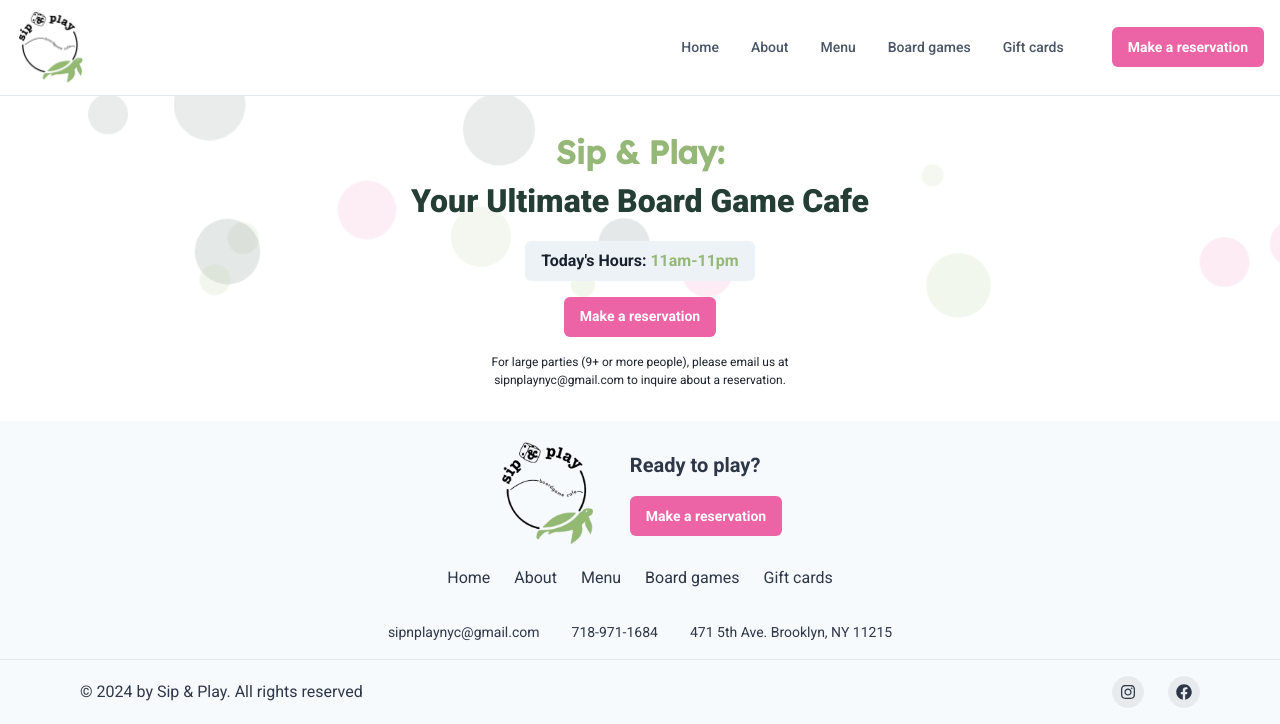
Repository: natespinetti/codedexsummerhackathon
Page: /
The author's editor kept a copy of each file at every save. The page is drawn from the files as they stood at one save, then again after the next save.
The browser window is 1280 px wide. The pictures show the whole page.
The project was rebuilt for these pictures with package versions that can differ from the ones it lists, and the page was loaded fresh each time. The framework's server and built-in components were replaced by stand-ins that run in the browser. Also part of the build but not shown: next.config.mjs.

Above is the page before, as saved 2024-07-11 16:06:11.

After the next save:
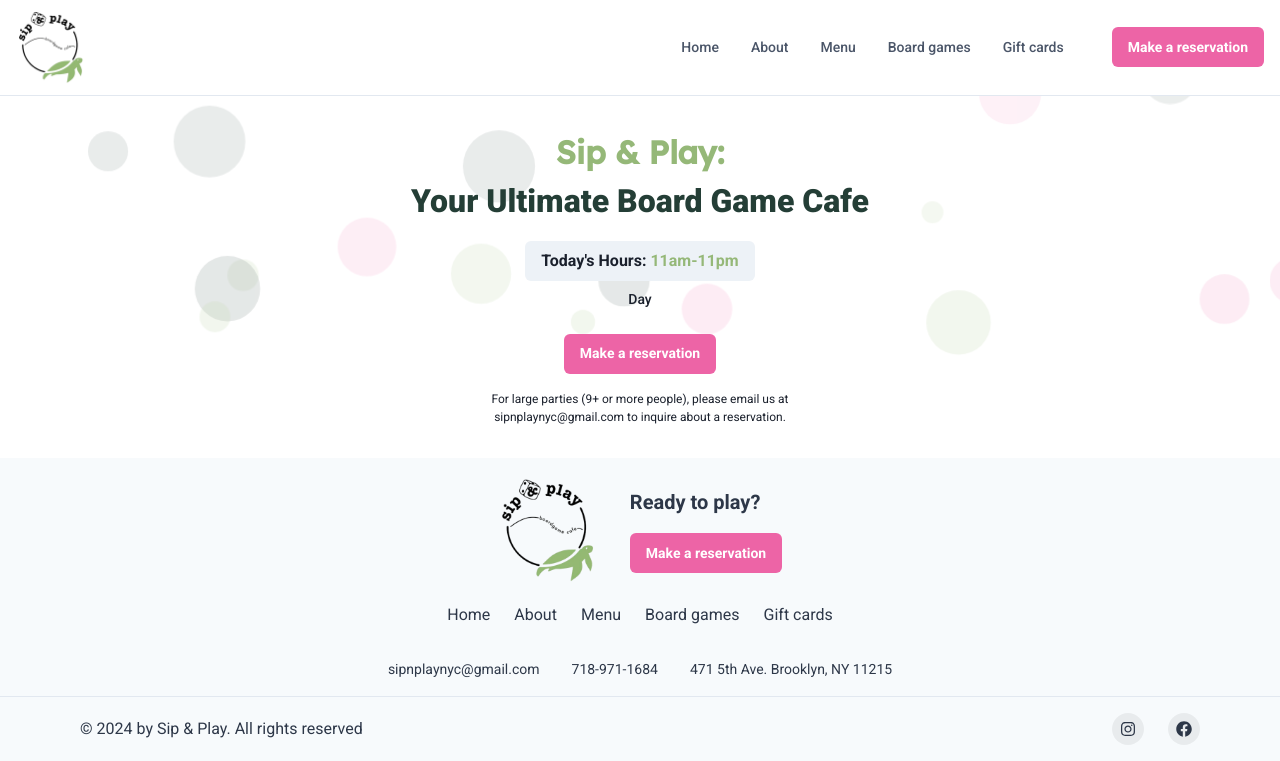
Saved 116 s later.
--- a/app/components/CurrentDaysHours.tsx
+++ b/app/components/CurrentDaysHours.tsx
@@ -91,6 +91,74 @@
           </PopoverBody>
         </PopoverContent>
       </Popover>
+      <Popover trigger={"hover"} placement={"bottom-start"}>
+        <PopoverTrigger>
+          <Box
+            p={2}
+            fontSize={"sm"}
+            fontWeight={500}
+            _hover={{
+              textDecoration: "none",
+            }}
+          >
+            Day
+          </Box>
+        </PopoverTrigger>
+
+        <PopoverContent
+          border={0}
+          boxShadow={"xl"}
+          bg={""}
+          p={4}
+          rounded={"xl"}
+          minW={"sm"}
+        >
+          <Box display="flex" flexDir="column" textAlign="left">
+            <Text fontWeight="bold">
+              Sunday:{" "}
+              <Text color="#95b878" as="span">
+                10am-11pm
+              </Text>
+            </Text>
+            <Text fontWeight="bold">
+              Monday:{" "}
+              <Text color="#95b878" as="span">
+                11am-11pm
+              </Text>
+            </Text>
+            <Text fontWeight="bold">
+              Tuesday:{" "}
+              <Text color="#95b878" as="span">
+                11am-11pm
+              </Text>
+            </Text>
+            <Text fontWeight="bold">
+              Wednesday:{" "}
+              <Text color="#95b878" as="span">
+                11am-11pm
+              </Text>
+            </Text>
+            <Text fontWeight="bold">
+              Thursday:{" "}
+              <Text color="#95b878" as="span">
+                11am-11pm
+              </Text>
+            </Text>
+            <Text fontWeight="bold">
+              Friday:{" "}
+              <Text color="#95b878" as="span">
+                11am-12am
+              </Text>
+            </Text>
+            <Text fontWeight="bold">
+              Saturday:{" "}
+              <Text color="#95b878" as="span">
+                10am-12am
+              </Text>
+            </Text>
+          </Box>
+        </PopoverContent>
+      </Popover>
       {/* <Text fontWeight="bold">
         Today's Hours:{" "}
         <Text color="#95b878" as="span">
